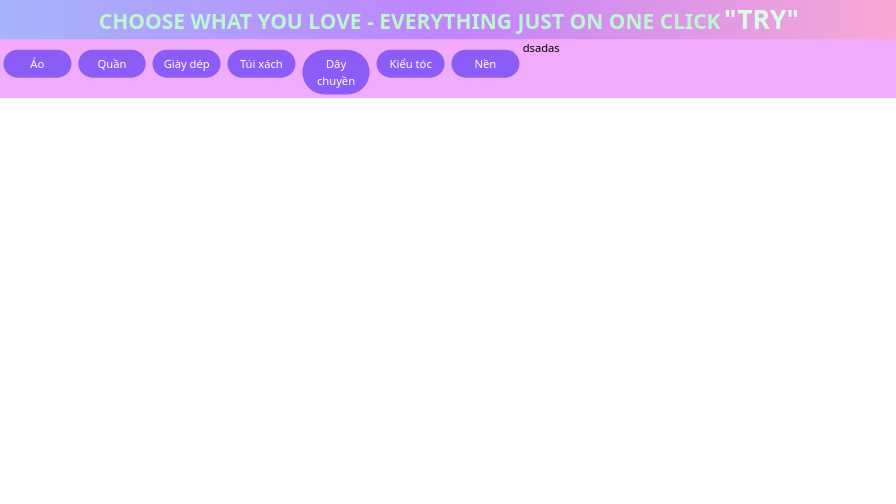
Repository: NguyenVietPhuQuy/ReactJs-TailWind-Redux-FunctionHook-ModelDesign
Page: / (app in modeldesign/)
These files come from the project's save history. The page is drawn as it stood at one moment and after the next save; the edit follows.
The browser window is 1280 px wide. The pictures show the part of the page from y = 0 to 1920 px (the page is 720 px tall before and 6964 px after), at 70% of full size.
The project was rebuilt for these pictures with package versions that can differ from the ones it lists, and the page was loaded fresh each time. Also part of the build but not shown: modeldesign/src/App.css.

Above is the page before, as saved 2022-11-17 15:19:57.

### modeldesign/public/index.html
<!DOCTYPE html>
<html lang="en">
  <head>
    <meta charset="utf-8" />
    <link rel="icon" href="%PUBLIC_URL%/favicon.ico" />
    <meta name="viewport" content="width=device-width, initial-scale=1" />
    <meta name="theme-color" content="#000000" />
    <meta
      name="description"
      content="Web site created using create-react-app"
    />
    <!--bootstrap-->
    <link rel="stylesheet" href="https://cdnjs.cloudflare.com/ajax/libs/bootstrap/5.2.2/js/bootstrap.min.js">
    <link rel="apple-touch-icon" href="%PUBLIC_URL%/logo192.png" />
    <!--
      manifest.json provides metadata used when your web app is installed on a
      user's mobile device or desktop. See https://developers.google.com/web/fundamentals/web-app-manifest/
    -->
    <link rel="manifest" href="%PUBLIC_URL%/manifest.json" />
    <!--
      Notice the use of %PUBLIC_URL% in the tags above.
      It will be replaced with the URL of the `public` folder during the build.
      Only files inside the `public` folder can be referenced from the HTML.

      Unlike "/favicon.ico" or "favicon.ico", "%PUBLIC_URL%/favicon.ico" will
      work correctly both with client-side routing and a non-root public URL.
      Learn how to configure a non-root public URL by running `npm run build`.
    -->
    <title>React App</title>
  </head>
  <body>
    <noscript>You need to enable JavaScript to run this app.</noscript>
    <div id="root"></div>
    <!--
      This HTML file is a template.
      If you open it directly in the browser, you will see an empty page.

      You can add webfonts, meta tags, or analytics to this file.
      The build step will place the bundled scripts into the <body> tag.

      To begin the development, run `npm start` or `yarn start`.
      To create a production bundle, use `npm run build` or `yarn build`.
    -->
  </body>
</html>

### modeldesign/src/index.js
import React from 'react';
import ReactDOM from 'react-dom/client';
import './index.css';
import App from './App';
import reportWebVitals from './reportWebVitals';
import {Provider} from 'react-redux'
import store from './Components/Reducer/Store';
const root = ReactDOM.createRoot(document.getElementById('root'));
root.render(
  <React.StrictMode>
    <Provider store ={store}>
    <App/>
    </Provider>
  </React.StrictMode>
);

// If you want to start measuring performance in your app, pass a function
// to log results (for example: reportWebVitals(console.log))
// or send to an analytics endpoint. Learn more: https://bit.ly/CRA-vitals
reportWebVitals();

### modeldesign/src/App.js
import React from 'react';
import './App.css';
import Home from './Components/Home.js'
function App() {
  return (
    <div>
      <Home/>
    </div>
  );
}

export default App;

### modeldesign/src/Components/Reducer/Store.js
import {createStore} from "redux"
import rootReducer from "./RootReducer"

const store = createStore(rootReducer,window.__REDUX_DEVTOOLS_EXTENSION__ && window.__REDUX_DEVTOOLS_EXTENSION__())
export default store

### modeldesign/src/Components/Home.js
import React from "react";
import Header from './Header.js'
import Category from "./Category.js";
import ProductList from "./ProductList.js";
import Model from "./Model.js";
function Home() {
    return (
        <div className="container mx-auto relative bg-fuchsia-300">
            <section className=
            " bg-gradient-to-r from-indigo-300 via-purple-400 to-pink-300 w-full ring-2 ring-transparent">
                    <Header/>
            </section>
            <section className="main flex flex-row">
                <div className="basis-7/12">
                    <Category/>
                    <ProductList/>
                </div>
                <div className="basis-5/12">
                    <Model />
                </div>
            </section>
        </div>
    )
}
export default Home

### modeldesign/src/Components/Reducer/RootReducer.js
import { combineReducers } from "redux";
import ProductReducer from './ProductReducer'
import CategoryReducer from './CategoryReducer'

const RootReducer = combineReducers({
    products: ProductReducer,
    categories: CategoryReducer,

})

export default RootReducer

### modeldesign/src/Components/Header.js
import React from "react";
import 'animate.css'
function Header(){
    return (
        <div className="text-center text-3xl p-2 font-semibold text-green-200 ">
            CHOOSE WHAT YOU LOVE - EVERYTHING JUST ON ONE CLICK <span className="text-green-100 font-bold text-4xl animate__animated animate__pulse animate__infinite inline-block">"TRY" </span>
        </div>
    )
}
export default Header

### modeldesign/src/Components/Category.js
import React from "react";
import { useSelector } from 'react-redux'


function Category(props) {
    const returnValue = useSelector(state => state.categories.category)
    return (
        <div className=" flex flex-row w-full">
            {returnValue.map((item) => {
                return (
                    <div key={item.tabName}className="w-1/2" style={{marginTop: 10, padding:5}}>
                        <button className="p-2 w-full rounded-full text-white hover:text-pink-100
                         bg-violet-500 hover:bg-violet-600 active:bg-violet-700 focus:outline-none
                         ease-in duration-200"
                         style={{ outline:"none",border: "none"}} >
                            {item.showName}
                        </button>
                    </div>
                )
            })}
        </div>
    )
}

export default Category

### modeldesign/src/Components/ProductList.js
import React from "react";
import { useSelector } from "react-redux";
function ProductList() {
    const productList = useSelector(state => state.products.product)
    console.log(productList)
    return (
        <div>
            {productList.map(item => {
                return (
                    <div className="card ">

                    </div>
                )
            })}
        </div>)
}
export default ProductList

### modeldesign/src/Components/Model.js
import React from "react";
function Model(){
    return(<div>
        dsadas
    </div>)
}
export default Model

### modeldesign/src/Components/Reducer/ProductReducer.js

const initialState = {
    product: [{
        id: 'topcloth_1',
        type: "topclothes",
        name: "Top Cloth 1",
        desc: "Lorem ipsum dolor, sit amet consectetur adipisicing elit. Aliquid, nulla.",
        imgSrc_jpg: 'images/clothes/topcloth1_show.jpg',
        imgSrc_png: 'images/clothes/topcloth1.png',
    },
    {
        id: 'topcloth_2',
        type: "topclothes",
        name: "Top Cloth 2",
        desc: "Lorem ipsum dolor, sit amet consectetur adipisicing elit. Aliquid, nulla.",
        imgSrc_jpg: 'images/clothes/topcloth2_show.jpg',
        imgSrc_png: 'images/clothes/topcloth2.png',
    },
    {
        id: 'topcloth_3',
        type: "topclothes",
        name: "Top Cloth 3",
        desc: "Lorem ipsum dolor, sit amet consectetur adipisicing elit. Aliquid, nulla.",
        imgSrc_jpg: 'images/clothes/topcloth3_show.jpg',
        imgSrc_png: 'images/clothes/topcloth3.png',
    },
    {
        id: 'topcloth_4',
        type: "topclothes",
        name: "Top Cloth 4",
        desc: "Lorem ipsum dolor, sit amet consectetur adipisicing elit. Aliquid, nulla.",
        imgSrc_jpg: 'images/clothes/topcloth4_show.jpg',
        imgSrc_png: 'images/clothes/topcloth4.png',
    },
    {
        id: 'topcloth_5',
        type: "topclothes",
        name: "Top Cloth 5",
        desc: "Lorem ipsum dolor, sit amet consectetur adipisicing elit. Aliquid, nulla.",
        imgSrc_jpg: 'images/clothes/topcloth5_show.jpg',
        imgSrc_png: 'images/clothes/topcloth5.png',
    },
    {
        id: 'topcloth_6',
        type: "topclothes",
        name: "Top Cloth ",
        desc: "Lorem ipsum dolor, sit amet consectetur adipisicing elit. Aliquid, nulla.",
        imgSrc_jpg: 'images/clothes/topcloth6_show.jpg',
        imgSrc_png: 'images/clothes/topcloth6.png',
    },

    // Both clothes
    {
        id: 'botcloth_1',
        type: "botclothes",
        name: "Bot Cloth 1",
        desc: "Lorem ipsum dolor, sit amet consectetur adipisicing elit. Aliquid, nulla.",
        imgSrc_jpg: 'images/clothes/botcloth1_show.jpg',
        imgSrc_png: 'images/clothes/botcloth1.png',
    },
    {
        id: 'botcloth_2',
        type: "botclothes",
        name: "Bot Cloth 2",
        desc: "Lorem ipsum dolor, sit amet consectetur adipisicing elit. Aliquid, nulla.",
        imgSrc_jpg: 'images/clothes/botcloth2_show.jpg',
        imgSrc_png: 'images/clothes/botcloth2.png',
    },
    {
        id: 'botcloth_3',
        type: "botclothes",
        name: "Bot Cloth 3",
        desc: "Lorem ipsum dolor, sit amet consectetur adipisicing elit. Aliquid, nulla.",
        imgSrc_jpg: 'images/clothes/botcloth3_show.jpg',
        imgSrc_png: 'images/clothes/botcloth3.png',
    },
    {
        id: 'botcloth_4',
        type: "botclothes",
        name: "Bot Cloth 4",
        desc: "Lorem ipsum dolor, sit amet consectetur adipisicing elit. Aliquid, nulla.",
        imgSrc_jpg: 'images/clothes/botcloth4_show.jpg',
        imgSrc_png: 'images/clothes/botcloth4.png',
    },
    {
        id: 'botcloth_5',
        type: "botclothes",
        name: "Bot Cloth 5",
        desc: "Lorem ipsum dolor, sit amet consectetur adipisicing elit. Aliquid, nulla.",
        imgSrc_jpg: 'images/clothes/botcloth5_show.jpg',
        imgSrc_png: 'images/clothes/botcloth5.png',
    },

    // Shoes
    {
        id: 'shoes_1',
        type: "shoes",
        name: "Shoes 1",
        desc: "Lorem ipsum dolor, sit amet consectetur adipisicing elit. Aliquid, nulla.",
        imgSrc_jpg: 'images/shoes/shoes1_show.jpg',
        imgSrc_png: 'images/shoes/shoes1.png',
    },
    {
        id: 'shoes_2',
        type: "shoes",
        name: "Shoes 2",
        desc: "Lorem ipsum dolor, sit amet consectetur adipisicing elit. Aliquid, nulla.",
        imgSrc_jpg: 'images/shoes/shoes2_show.jpg',
        imgSrc_png: 'images/shoes/shoes2.png',
    },
    {
        id: 'shoes_3',
        type: "shoes",
        name: "Shoes 3",
        desc: "Lorem ipsum dolor, sit amet consectetur adipisicing elit. Aliquid, nulla.",
        imgSrc_jpg: 'images/shoes/shoes3_show.jpg',
        imgSrc_png: 'images/shoes/shoes3.png',
    },
    {
        id: 'shoes_4',
        type: "shoes",
        name: "Shoes 4",
        desc: "Lorem ipsum dolor, sit amet consectetur adipisicing elit. Aliquid, nulla.",
        imgSrc_jpg: 'images/shoes/shoes4_show.jpg',
        imgSrc_png: 'images/shoes/shoes4.png',
    },
    {
        id: 'shoes_5',
        type: "shoes",
        name: "Shoes 5",
        desc: "Lorem ipsum dolor, sit amet consectetur adipisicing elit. Aliquid, nulla.",
        imgSrc_jpg: 'images/shoes/shoes5_show.jpg',
        imgSrc_png: 'images/shoes/shoes5.png',
    },

    // Handbags
    {
        id: 'handbag_1',
        type: "handbags",
        name: "Handbag 1",
        desc: "Lorem ipsum dolor, sit amet consectetur adipisicing elit. Aliquid, nulla.",
        imgSrc_jpg: 'images/handbags/handbag1_show.jpg',
        imgSrc_png: 'images/handbags/handbag1.png',
    },
    {
        id: 'handbag_2',
        type: "handbags",
        name: "Handbag 2",
        desc: "Lorem ipsum dolor, sit amet consectetur adipisicing elit. Aliquid, nulla.",
        imgSrc_jpg: 'images/handbags/handbag2_show.jpg',
        imgSrc_png: 'images/handbags/handbag2.png',
    },
    {
        id: 'handbag_3',
        type: "handbags",
        name: "Handbag 3",
        desc: "Lorem ipsum dolor, sit amet consectetur adipisicing elit. Aliquid, nulla.",
        imgSrc_jpg: 'images/handbags/handbag3_show.jpg',
        imgSrc_png: 'images/handbags/handbag3.png',
    },

    // Necklaces
    {
        id: 'necklace_1',
        type: "necklaces",
        name: "Necklace 1",
        desc: "Lorem ipsum dolor, sit amet consectetur adipisicing elit. Aliquid, nulla.",
        imgSrc_jpg: 'images/necklaces/necklace1_show.jpg',
        imgSrc_png: 'images/necklaces/necklace1.png',
    },
    {
        id: 'necklace_2',
        type: "necklaces",
        name: "Necklace 2",
        desc: "Lorem ipsum dolor, sit amet consectetur adipisicing elit. Aliquid, nulla.",
        imgSrc_jpg: 'images/necklaces/necklace2_show.jpg',
        imgSrc_png: 'images/necklaces/necklace2.png',
    },
    {
        id: 'necklace_3',
        type: "necklaces",
        name: "Necklace 3",
        desc: "Lorem ipsum dolor, sit amet consectetur adipisicing elit. Aliquid, nulla.",
        imgSrc_jpg: 'images/necklaces/necklace3_show.jpg',
        imgSrc_png: 'images/necklaces/necklace3.png',
    },

    // Hairstyle
    {
        id: 'hairstyle_1',
        type: "hairstyle",
        name: "Hairstyle 1",
        desc: "Lorem ipsum dolor, sit amet consectetur adipisicing elit. Aliquid, nulla.",
        imgSrc_jpg: 'images/hairstyle/hairstyle1_show.jpg',
        imgSrc_png: 'images/hairstyle/hairstyle1.png',
    },
    {
        id: 'hairstyle_2',
        type: "hairstyle",
        name: "Hairstyle 2",
        desc: "Lorem ipsum dolor, sit amet consectetur adipisicing elit. Aliquid, nulla.",
        imgSrc_jpg: 'images/hairstyle/hairstyle2_show.jpg',
        imgSrc_png: 'images/hairstyle/hairstyle2.png',
    },
    {
        id: 'hairstyle_3',
        type: "hairstyle",
        name: "Hairstyle 3",
        desc: "Lorem ipsum dolor, sit amet consectetur adipisicing elit. Aliquid, nulla.",
        imgSrc_jpg: 'images/hairstyle/hairstyle3_show.jpg',
        imgSrc_png: 'images/hairstyle/hairstyle3.png',
    },

    // Background
    {
        id: 'background_1',
        type: "background",
        name: "Background 1",
        desc: "Lorem ipsum dolor, sit amet consectetur adipisicing elit. Aliquid, nulla.",
        imgSrc_jpg: 'images/background/background1_show.jpg',
        imgSrc_png: 'images/background/background1.jpg',
    },
    {
        id: 'background_2',
        type: "background",
        name: "Background 2",
        desc: "Lorem ipsum dolor, sit amet consectetur adipisicing elit. Aliquid, nulla.",
        imgSrc_jpg: 'images/background/background2_show.jpg',
        imgSrc_png: 'images/background/background2.jpg',
    },
    {
        id: 'background_3',
        type: "background",
        name: "Background 3",
        desc: "Lorem ipsum dolor, sit amet consectetur adipisicing elit. Aliquid, nulla.",
        imgSrc_jpg: 'images/background/background3_show.jpg',
        imgSrc_png: 'images/background/background3.jpg',
    },
    {
        id: 'background_4',
        type: "background",
        name: "Background 4",
        desc: "Lorem ipsum dolor, sit amet consectetur adipisicing elit. Aliquid, nulla.",
        imgSrc_jpg: 'images/background/background4_show.jpg',
        imgSrc_png: 'images/background/background4.jpg',
    },
    {
        id: 'background_5',
        type: "background",
        name: "Background 5",
        desc: "Lorem ipsum dolor, sit amet consectetur adipisicing elit. Aliquid, nulla.",
        imgSrc_jpg: 'images/background/background5_show.jpg',
        imgSrc_png: 'images/background/background5.jpg',
    },
    {
        id: 'background_6',
        type: "background",
        name: "Background 6",
        desc: "Lorem ipsum dolor, sit amet consectetur adipisicing elit. Aliquid, nulla.",
        imgSrc_jpg: 'images/background/background6_show.jpg',
        imgSrc_png: 'images/background/background6.jpg',
    },
    {
        id: 'background_7',
        type: "background",
        name: "Background 7",
        desc: "Lorem ipsum dolor, sit amet consectetur adipisicing elit. Aliquid, nulla.",
        imgSrc_jpg: 'images/background/background7_show.jpg',
        imgSrc_png: 'images/background/background7.jpg',
    },
    ],
}
const ProductReducer = (state = initialState) => {
    return state
}

export default ProductReducer

### modeldesign/src/Components/Reducer/CategoryReducer.js
const initialState ={
    category: [
        { tabName: 'tabTopClothes', showName: 'Áo', type: 'topclothes' },
        { tabName: 'tabBotClothes', showName: 'Quần', type: 'botclothes' },
        { tabName: 'tabShoes', showName: 'Giày dép', type: 'shoes' },
        { tabName: 'tabHandBags', showName: 'Túi xách', type: 'handbags' },
        { tabName: 'tabNecklaces', showName: 'Dây chuyền', type: 'necklaces' },
        { tabName: 'tabHairStyle', showName: 'Kiểu tóc', type: 'hairstyle' },
        { tabName: 'tabBackground', showName: 'Nền', type: 'background' }
    ]
}
const CategoryReducer = (state=initialState) =>{
    return state
}
export default CategoryReducer

Loaded but not shown: modeldesign/src/index.css (common file); modeldesign/src/reportWebVitals.js (common file); modeldesign/tailwind.config.js (common file)

After the next save:
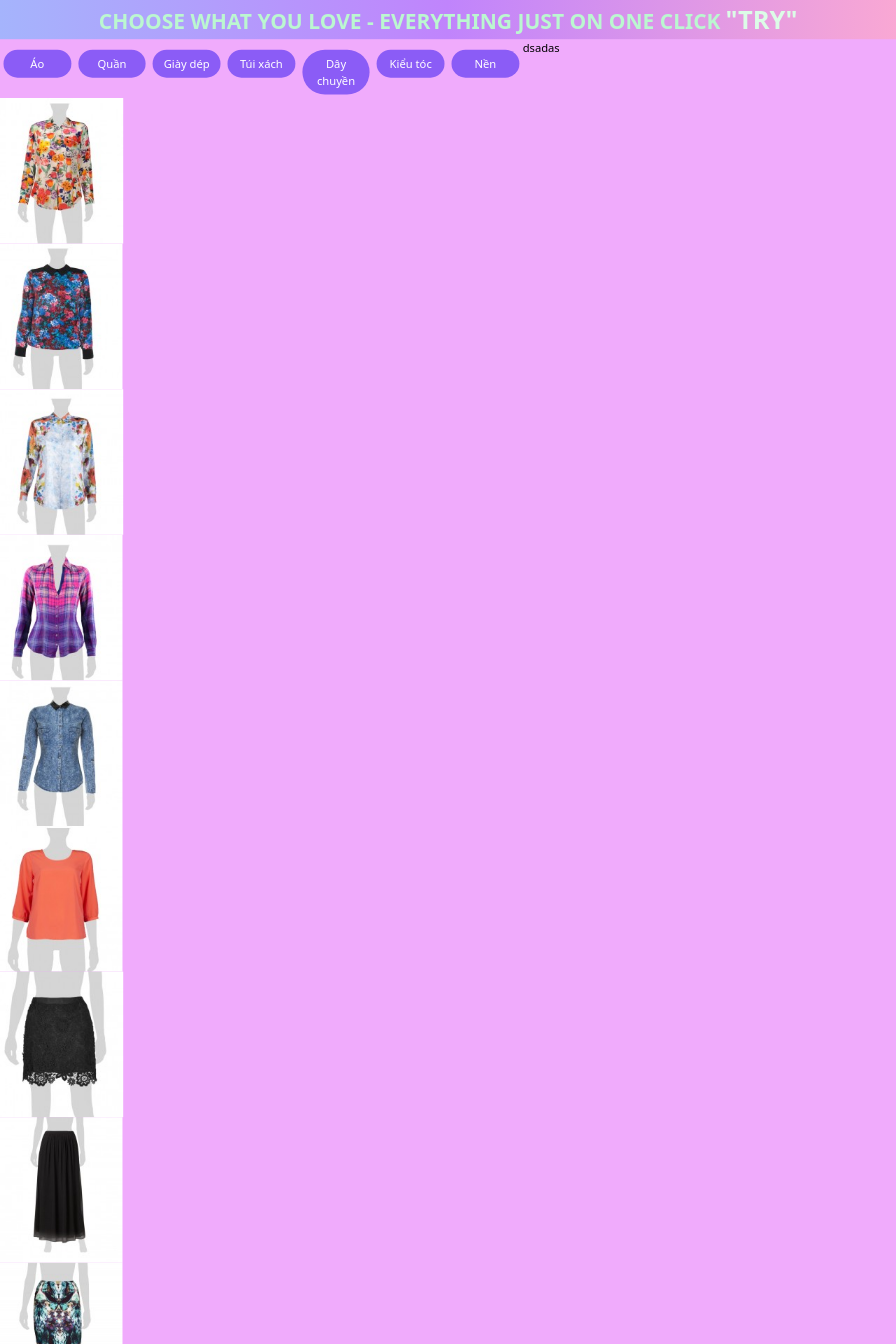
Saved 3 min 18 s later.
--- a/modeldesign/src/Components/ProductList.js
+++ b/modeldesign/src/Components/ProductList.js
@@ -8,7 +8,10 @@ function ProductList() {
             {productList.map(item => {
                 return (
                     <div className="card ">
+                        <img alt="" src={item.imgSrc_jpg}  className="flex-shrink-0"></img>
+                        <div>
 
+                        </div>
                     </div>
                 )
             })}
